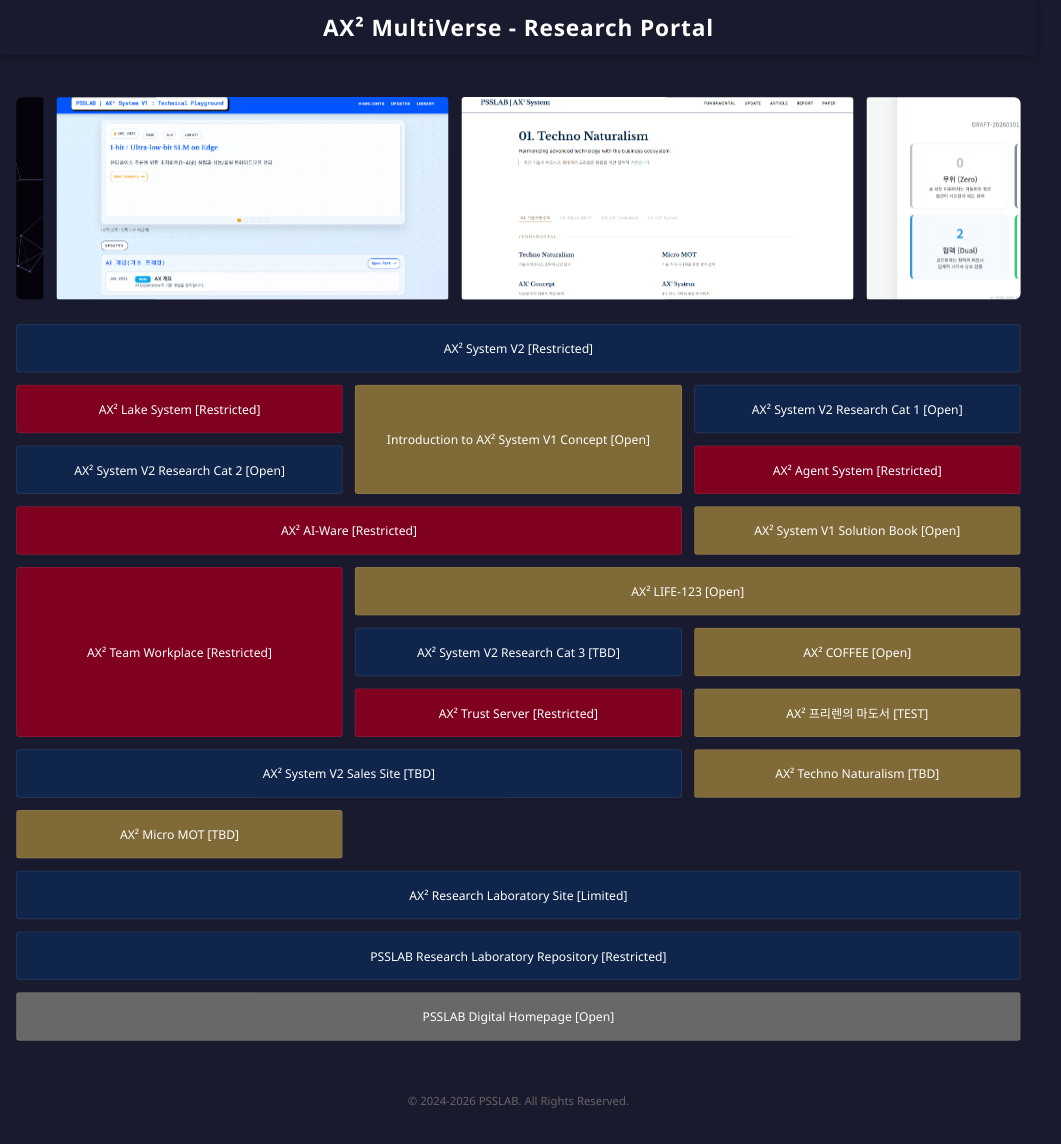
Repository: hycse89/PSSLAB_OpenSite
Page: psslab_multiverse_v3.html
An editor plug-in stored every save of this project. The page is shown before and after the next save, followed by the edit.
The browser window is 1280 px wide. The page is 1310 px wide, so the pictures cover 1310 px, including what lies to the right of the window. The pictures show the whole page, at 81% of full size.

Above is the page before, as saved 2026-01-11 21:33:43.

After the next save:
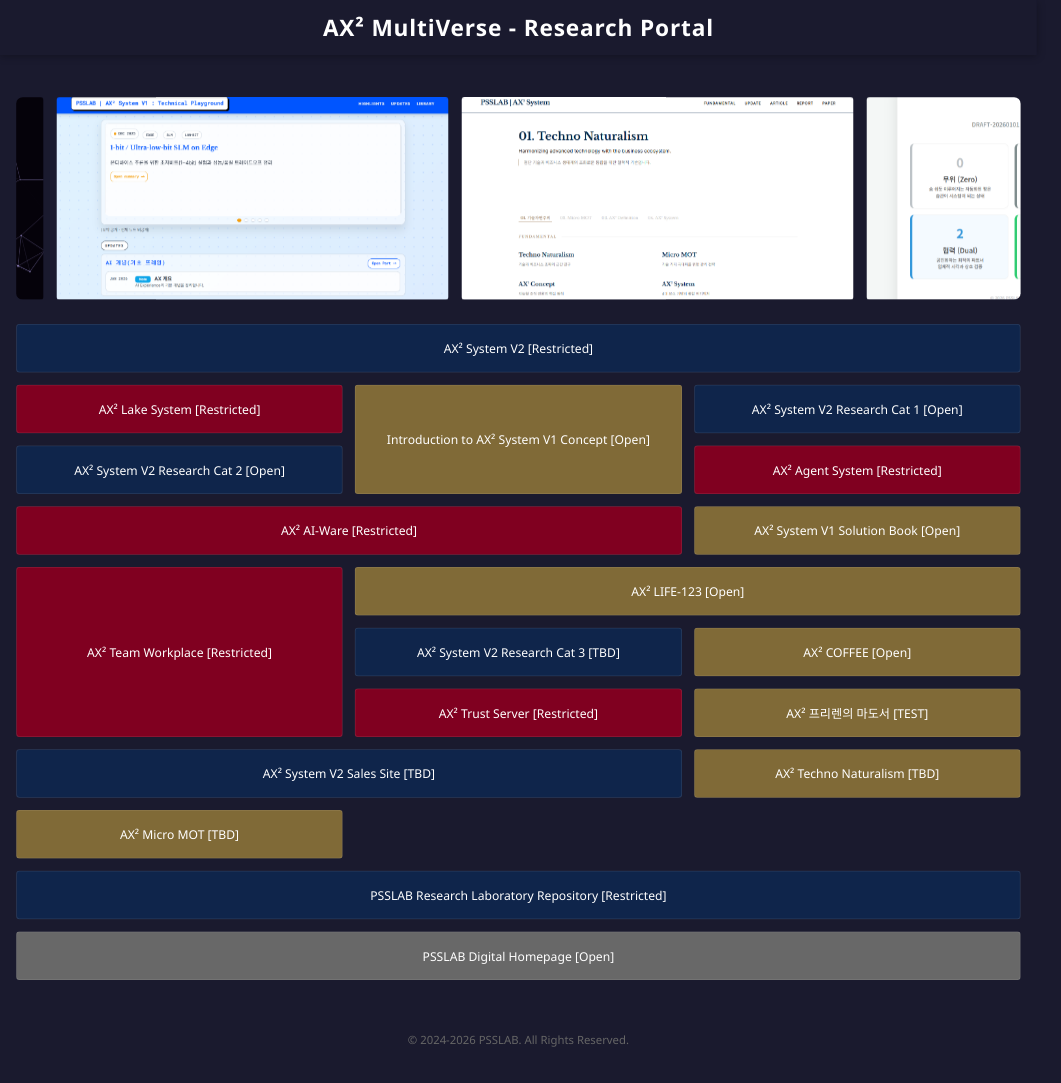
Saved 48 s later.
--- a/psslab_multiverse_v3.html
+++ b/psslab_multiverse_v3.html
@@ -219,8 +219,6 @@
 
             <a href="http://localhost:8001/utils/markdown_viewer.html?file=/ax_research/doc/doc_ax_micro_mot_v2.md" class="link-button color-3 h-1">AX² Micro MOT [TBD]</a>
 
-            <a href="https://hycse89.github.io/PSSLAB_OpenSite/ax2_research_lab/" class="link-button color-1 w-3 h-1">AX² Research Laboratory Site [Limited]</a>
-
             <a href="https://github.com/hycse89" class="link-button color-1 w-3 h-1">PSSLAB Research Laboratory Repository [Restricted]</a>
 
             <a href="http://www.psslab.co.kr" class="link-button color-5 w-3 h-1">PSSLAB Digital Homepage [Open]</a>
